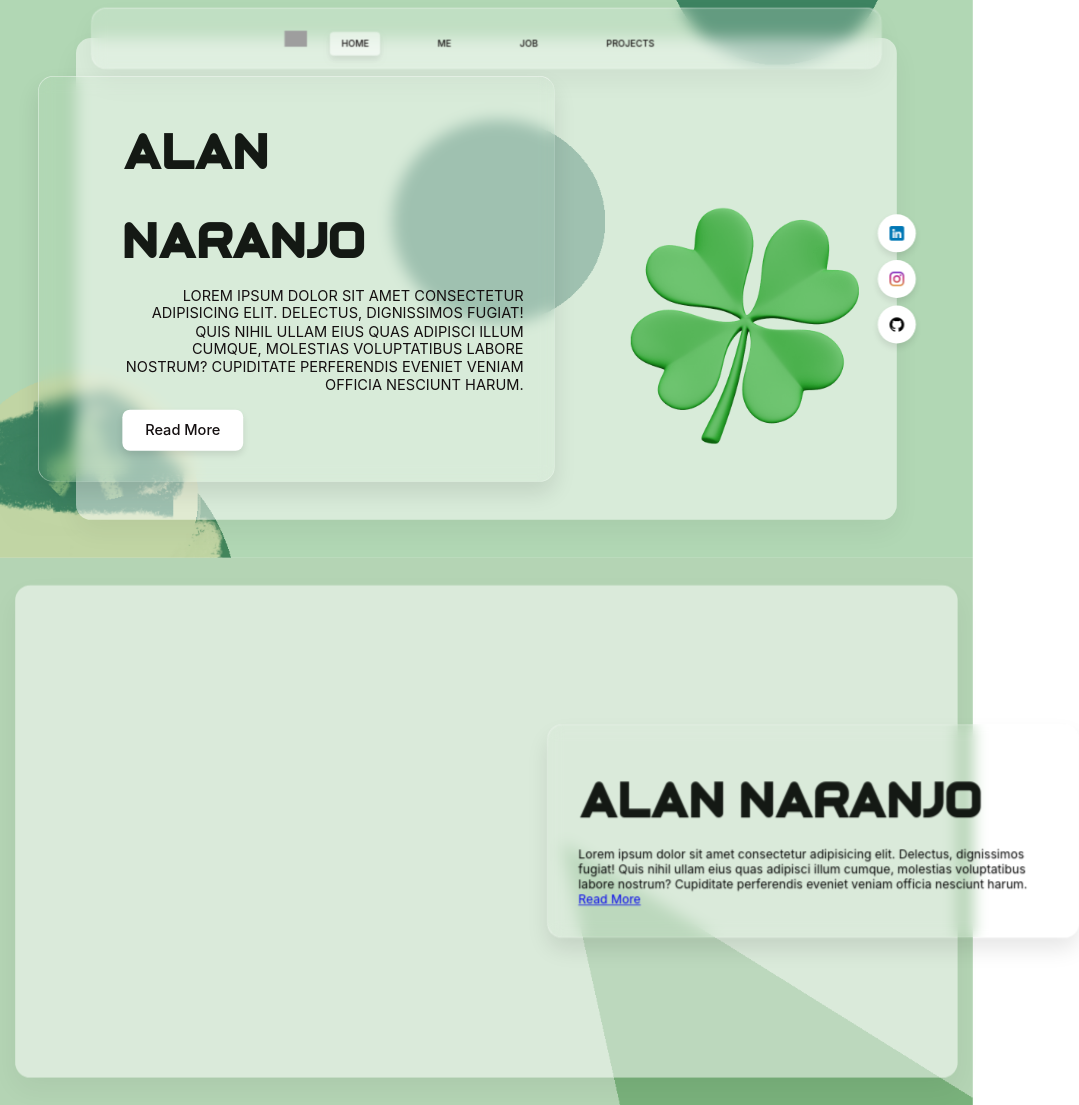
Repository: L-A-M-J-O/Me-sitio-Web
Page: / (app in my-project/)
An editor plug-in stored every save of this project. The page is shown before and after the next save, followed by the edit.
The browser window is 1280 px wide. The page is 1420 px wide, so the pictures cover 1420 px, including what lies to the right of the window. The pictures show the whole page, at 76% of full size.
Pictures or frames that could not be fetched are drawn as grey boxes. Backgrounds fixed to the window are drawn as part of the page. The project was rebuilt for these pictures with package versions that can differ from the ones it lists, and the page was loaded fresh each time.

Above is the page before, as saved 2022-09-20 16:07:17.

After the next save:
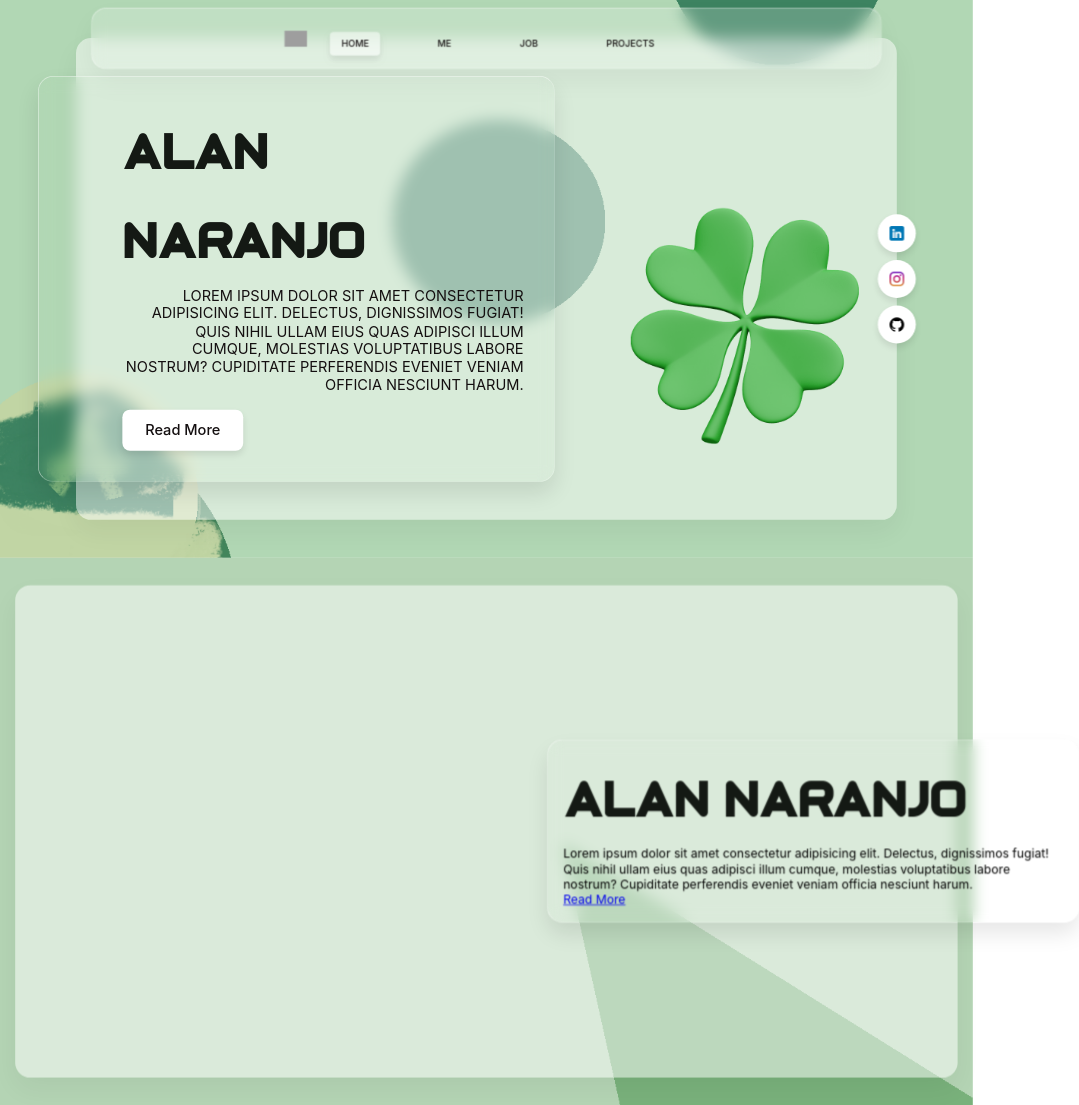
Saved 4 s later.
--- a/my-project/src/components/Me/Me.css
+++ b/my-project/src/components/Me/Me.css
@@ -30,7 +30,7 @@
     border: 1px solid rgba(255, 255, 255, 0.25);
     border-top: 1px solid rgba(255, 255, 255, 0.5);
     border-left: 1px solid rgba(255, 255, 255, 0.5);
-    padding: 40px;
+    padding: 20px;
 }
 .content-me h2 {
     font-family: Osiris;
